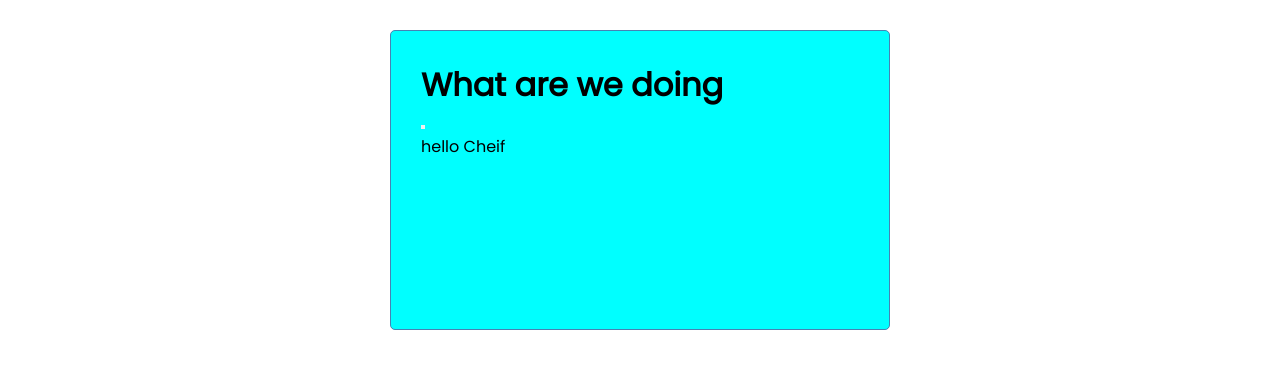
Repository: Jeffkw213/Learning_react
Page: / (app in myapp/)
An editor plug-in stored every save of this project. The page is shown before and after a run of saves, followed by the edit.
The browser window is 1280 px wide. The pictures show the whole page.
The project was rebuilt for these pictures with package versions that can differ from the ones it lists, and the page was loaded fresh each time.

Above is the page before, as saved 2021-04-28 11:52:45.

After the next 2 saves:
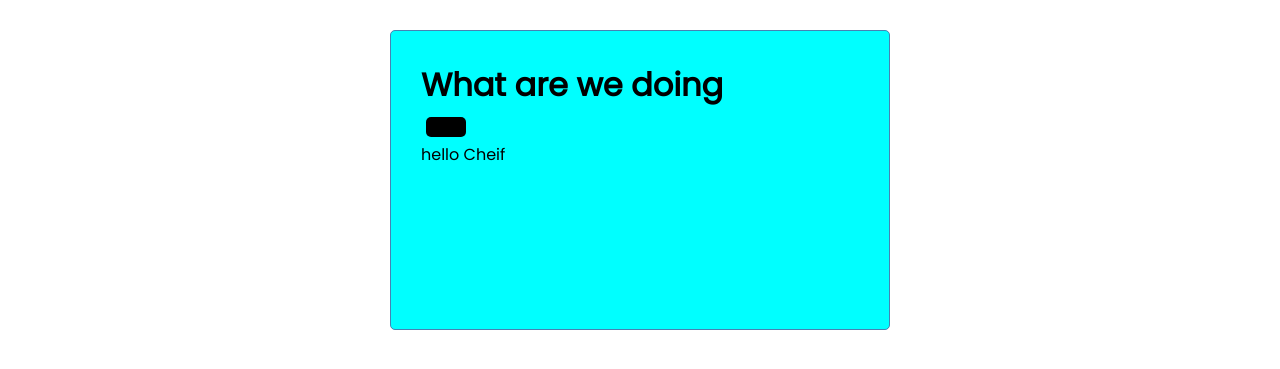
The 2 saves are shown as one change because they came seconds apart.
The last was saved 14 s later.
--- a/myapp/src/Components/button.js
+++ b/myapp/src/Components/button.js
@@ -3,7 +3,7 @@ import React from 'react'
 const button = ({name}) => {
     return (
         <div>
-            <button className>{name}</button>
+            <button className='btn'>{name}</button>
         </div>
     )
 }
